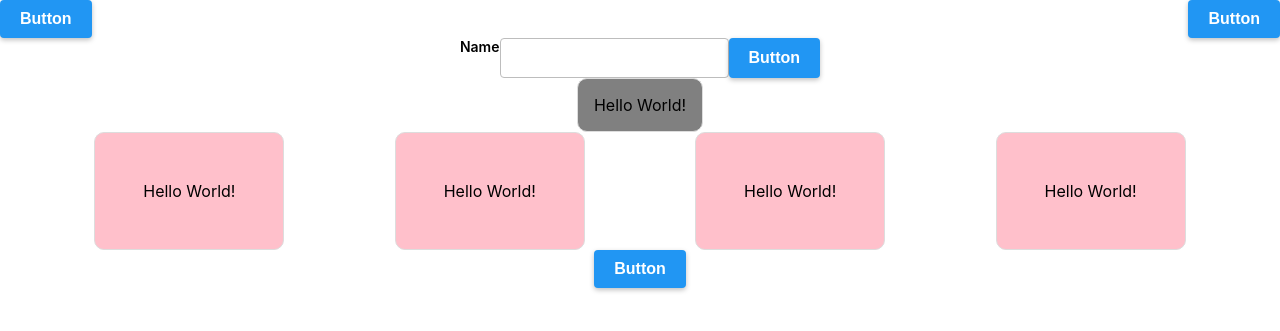
Repository: roistyx/react
Page: /layouts (app in layouts-app/)
These files come from the project's save history. The page is drawn as it stood at one moment and after the next save; the edit follows.
The browser window is 1280 px wide. The pictures show the whole page.
The project was rebuilt for these pictures with package versions that can differ from the ones it lists, and the page was loaded fresh each time.

Above is the page before, as saved 2023-04-27 14:37:55.

After the next save:
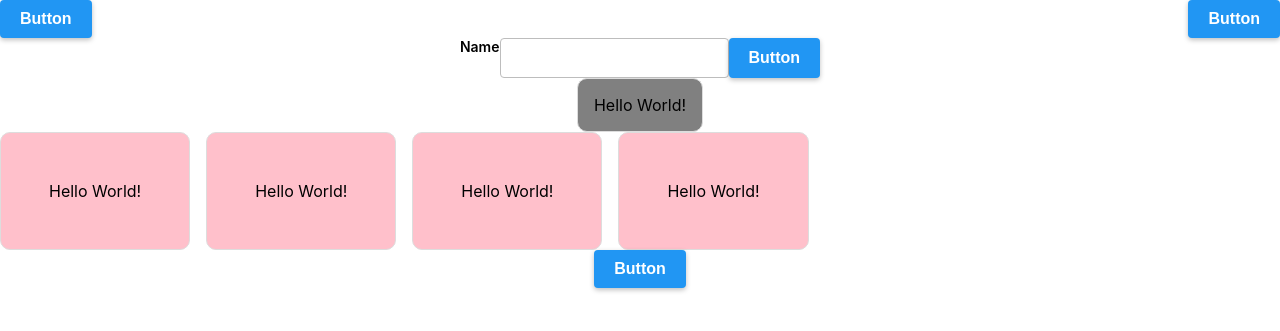
Saved 46 s later.
--- a/layouts-app/src/App.js
+++ b/layouts-app/src/App.js
@@ -1,5 +1,5 @@
 import React from 'react';
-import { Between, SpaceEvenly, Center } from './layouts/Line';
+import { Between, SpaceEvenly, Center, FlexEnd } from './layouts/Line';
 import { Btn } from './elements/Btn';
 import { Rows } from './layouts/Line';
 import SearchField from './elements/TextField';
@@ -23,7 +23,7 @@ export default function App() {
 					<span>Hello World!</span>
 				</Box>
 			</Center>
-			<SpaceEvenly>
+			<FlexEnd>
 				<Box bgColor="pink" borderRadius="10px" gap="3rem">
 					<span>Hello World!</span>
 				</Box>
@@ -36,7 +36,7 @@ export default function App() {
 				<Box bgColor="pink" borderRadius="10px" gap="3rem">
 					<span>Hello World!</span>
 				</Box>
-			</SpaceEvenly>
+			</FlexEnd>
 			<Center>
 				<Btn>Button</Btn>
 			</Center>
